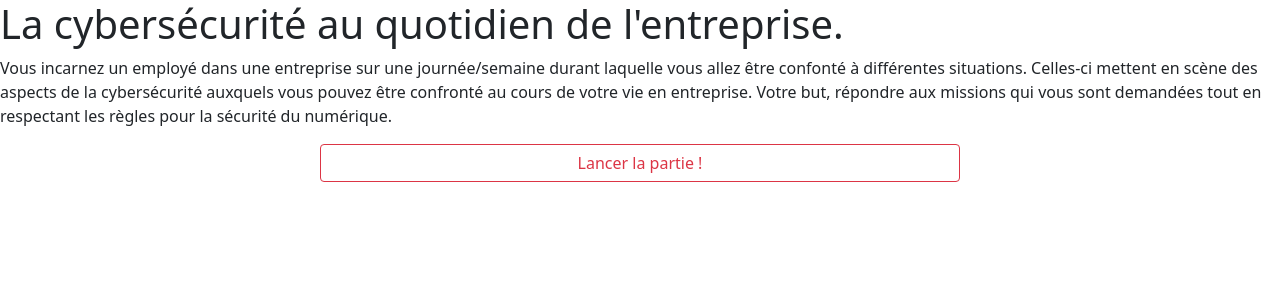
Repository: Geleetz/Workshop-I1-EPSI
Page: http://localhost/
An editor plug-in stored every save of this project. The page is shown before and after the next save, followed by the edit.
The browser window is 1280 px wide. The pictures show the whole page.
The page is run by PHP 8.4 with error messages shown; the project is at /var/www/html/.

Above is the page before, as saved 2021-09-28 10:49:42.

After the next save:
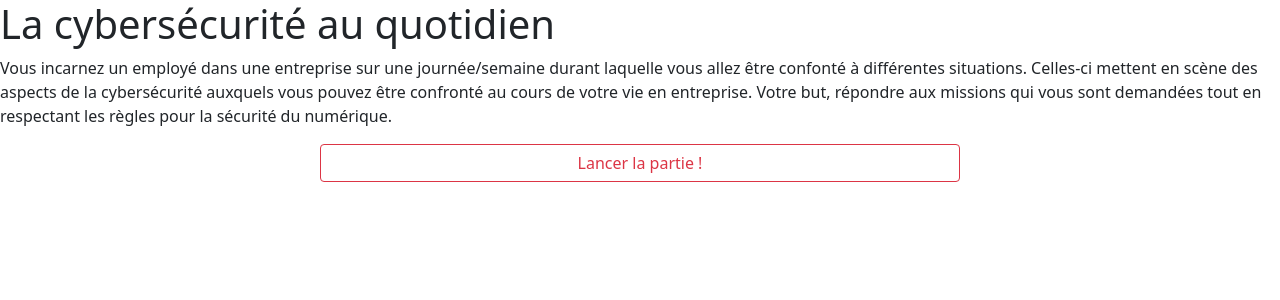
Saved 16 s later.
--- a/index.php
+++ b/index.php
@@ -12,7 +12,7 @@
 </head>
 
 <body>
-  <h1>La cybersécurité au quotidien de l'entreprise.</h1>
+  <h1>La cybersécurité au quotidien</h1>
   <p>Vous incarnez un employé dans une entreprise sur une journée/semaine durant laquelle vous allez être confonté à
     différentes situations. Celles-ci mettent en scène des aspects de la cybersécurité auxquels vous pouvez être confronté au
     cours de votre vie en entreprise. Votre but, répondre aux missions qui vous sont demandées tout en respectant les règles pour
